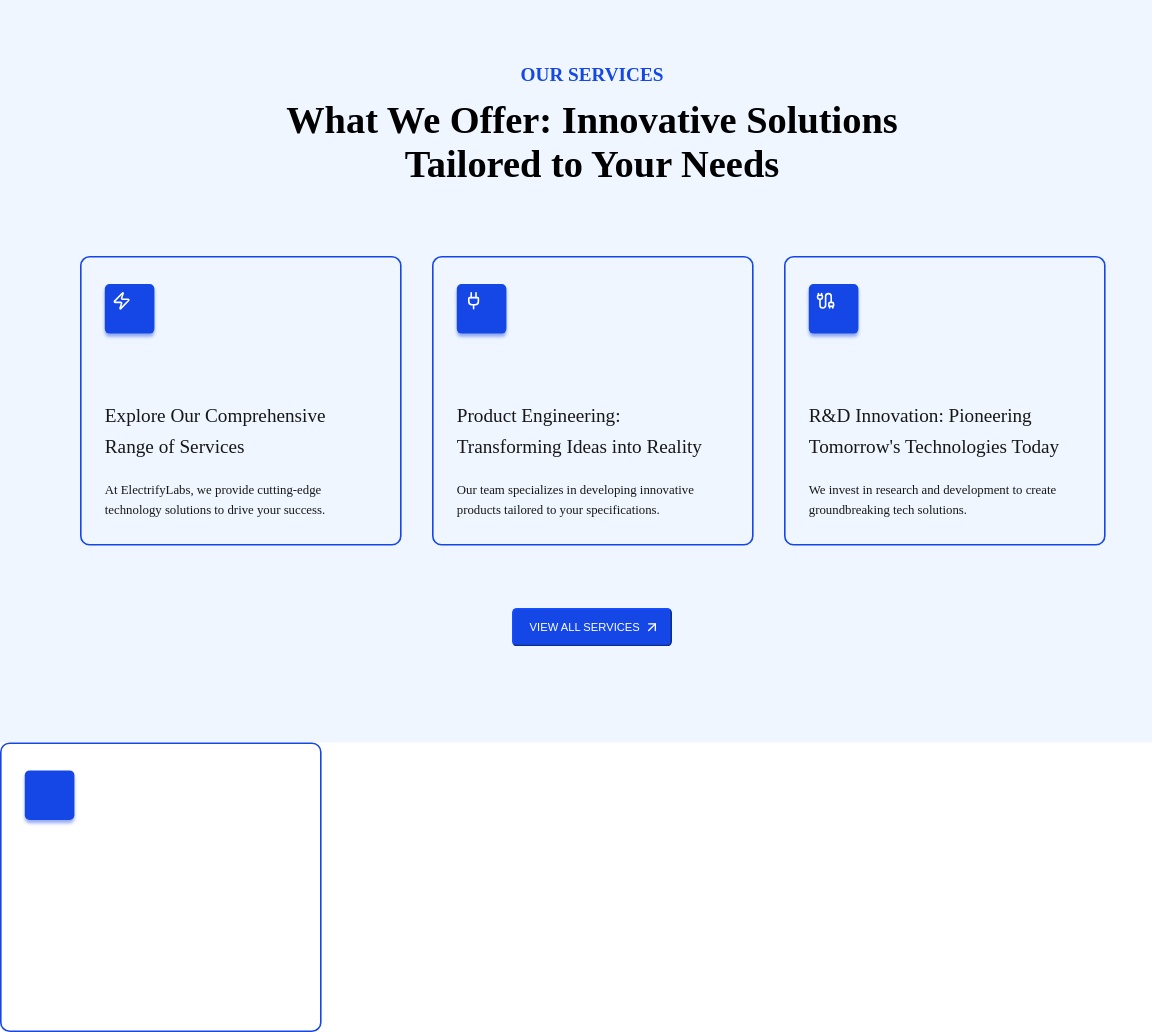
Repository: neelpatel6262/electrifylabs_homepage
Page: /
The author's editor kept a copy of each file at every save. The page is drawn from the files as they stood at one save, then again after the next save.
The browser window is 1280 px wide. The page is 1440 px wide, so the pictures cover 1440 px, including what lies to the right of the window. The pictures show the whole page, at 80% of full size.
The project was rebuilt for these pictures with package versions that can differ from the ones it lists, and the page was loaded fresh each time. Also part of the build but not shown: vite.config.js.

Above is the page before, as saved 2026-02-20 00:10:36.

### index.html
<!doctype html>
<html lang="en">
  <head>
    <meta charset="UTF-8" />
    <link rel="icon" type="image/svg+xml" href="/vite.svg" />
    <meta name="viewport" content="width=device-width, initial-scale=1.0" />
    <title>react-practice</title>
  </head>
  <body>
    <div id="root"></div>
    <script type="module" src="/src/main.jsx"></script>
  </body>
</html>

### src/main.jsx
import { StrictMode } from 'react'
import { createRoot } from 'react-dom/client'
import './index.css'
import ServiceSection from './components/ServiceSection.jsx'
import ServiceCard from './components/ServiceCard.jsx'



createRoot(document.getElementById('root')).render(
  <>
    <ServiceSection />
    <ServiceCard />
  </>
)

### src/index.css
@tailwind base;
@tailwind components;
@tailwind utilities;

:root {
  /* Color Variables */
  --primary-color: #1447e6;
  --primary-hover-color: #0f3bc4;
  --secondary-color: #eff6ff;
  --background-light: #bcdaff;
  --text-primary: #171717;
  --text-secondary: #433c38;
  --text-light: #9ca3af;
  --white: #ffffff;
  --black: #000000;
  --dark-text: #0c0a09;
  --border-color: #1447e6;
  --shadow-color: rgba(20, 71, 230, 0.44);
  --error-color: #ef4444;
  --error-dark: #dc2626;
  --success-color: #10b981;
  --success-dark: #059669;
  --warning-color: #f59e0b;
  --warning-dark: #d97706;
  --ripple-color: rgba(255, 255, 255, 0.3);

  /* Typography Variables */
  --font-family: "Space Grotesk", sans-serif;
  --font-size-xs: 10px;
  --font-size-sm: 12px;
  --font-size-base: 14px;
  --font-size-md: 16px;
  --font-size-lg: 18px;
  --font-size-xl: 24px;
  --font-size-2xl: 32px;
  --font-size-3xl: 36px;
  --font-size-4xl: 48px;
  --font-size-5xl: 86px;

  /* Font Weight Variables */
  --font-weight-normal: 400;
  --font-weight-medium: 500;
  --font-weight-semibold: 600;
  --font-weight-bold: 800;
  --font-weight-black: 900;

  /* Spacing Variables */
  --spacing-xs: 4px;
  --spacing-sm: 8px;
  --spacing-md: 12px;
  --spacing-base: 14px;
  --spacing-lg: 16px;
  --spacing-xl: 20px;
  --spacing-2xl: 22px;
  --spacing-3xl: 28px;
  --spacing-4xl: 42px;
  --spacing-5xl: 44px;
  --spacing-6xl: 46px;
  --spacing-7xl: 62px;
  --spacing-8xl: 78px;
  --spacing-9xl: 80px;
  --spacing-10xl: 100px;

  /* Border Radius Variables */
  --border-radius-sm: 6px;
  --border-radius-md: 12px;
  --border-radius-lg: 38px;
  --border-radius-xl: 44px;
  --border-radius-full: 50%;

  /* Shadow Variables */
  --shadow-sm: 0px 4px 4px 0px var(--shadow-color);
  --shadow-md: 0 8px 32px rgba(0, 0, 0, 0.1);
  --shadow-lg: 0 10px 40px rgba(0, 0, 0, 0.2);
  --shadow-xl: 0 12px 40px rgba(0, 0, 0, 0.15);

  /* Layout Variables */
  --container-width: 1440px;
  --content-width: 1280px;
  --navbar-height: 88px;
  --button-height: 48px;
  --input-height: 76px;

  /* Transition Variables */
  --transition-fast: 0.3s ease-in-out;
  --transition-medium: 0.5s cubic-bezier(0.68, -0.55, 0.265, 1.55);

  /* Line Height Variables */
  --line-height-tight: 100%;
  --line-height-normal: 120%;
  --line-height-relaxed: 140%;
  --line-height-loose: 160%;
}

* {
  margin: 0;
  padding: 0;
  box-sizing: border-box;
}


.service-section {
  width: var(--container-width);
  height: 928px;
  background-color: var(--secondary-color);
  padding: var(--spacing-9xl) var(--spacing-10xl) var(--spacing-9xl) var(--spacing-10xl);
}

.service-container {
  width: var(--content-width);
  height: 728px;
}

.service-intro-section {
  width: 765px;
  height: 162px;
  margin-left: 257.5px;
  margin-right: 257.5px;
  text-align: center;
}

.service-body-heading {
  height: var(--spacing-xl);
  width: 765px;
  font-size: var(--font-size-xl);
  text-transform: uppercase;
  color: var(--primary-color);
  font-weight: var(--font-weight-semibold);
  margin-bottom: var(--spacing-2xl);
}

.service-heading {
  width: 765px;
  height: 116px;
  text-align: center;
  font-weight: var(--font-weight-semibold);
  font-size: var(--font-size-4xl);
}

.services-cards-section {
  margin-top: var(--spacing-8xl);
  margin-bottom: var(--spacing-8xl);
  display: flex;
  width: var(--content-width);
  height: 362px;
  gap: 38px;
}

.service-card-one {
  width: 402px;
  height: 362px;
  border: 2px solid var(--primary-color);
  border-radius: var(--border-radius-md);
  padding: 33px 29px 33px 29px;
}

.service-icon {
  width: var(--spacing-7xl);
  height: var(--spacing-7xl);
  background-color: var(--primary-color);
  border-radius: var(--border-radius-sm);
  margin-bottom: 84px;
  padding: 9px;
  box-shadow: var(--shadow-sm);
}

.service-icon svg {
  width: var(--spacing-5xl);
  height: var(--spacing-5xl);
  color: var(--white);
}

.service-card-heading {
  font-size: var(--font-size-xl);
  line-height: var(--line-height-loose);
  width: 318px;
  height: 76px;
  font-weight: var(--font-weight-semibold);
  margin-bottom: var(--spacing-2xl);
}

.service-card-subheading {
  width: 344px;
  height: 52px;
  font-size: var(--font-size-md);
  line-height: var(--line-height-loose);
}

.service-card-two {
  width: 402px;
  height: 362px;
  border: 2px solid var(--primary-color);
  border-radius: var(--border-radius-md);
  padding: 33px 21px 33px 21px;
}

.service-card-two-heading {
  font-size: var(--font-size-xl);
  line-height: var(--line-height-loose);
  width: 361px;
  height: 76px;
  font-weight: var(--font-weight-semibold);
  margin-bottom: var(--spacing-2xl);
}

.service-card-two-subheading {
  width: 360px;
  height: var(--button-height);
  font-size: var(--font-size-md);
  line-height: var(--line-height-loose);
}

.service-card-three {
  width: 402px;
  height: 362px;
  border: 2px solid var(--primary-color);
  border-radius: var(--border-radius-md);
  padding: 33px 17px 33px 17px;
}

.service-card-three-heading {
  width: 386px;
  height: 76px;
  font-weight: var(--font-weight-semibold);
  margin-bottom: var(--spacing-2xl);
  font-size: var(--font-size-xl);
  line-height: var(--line-height-loose);
}

.service-card-three-subheading {
  font-size: var(--font-size-md);
  line-height: var(--line-height-loose);
  width: 353px;
  height: var(--button-height);
}

.service-btn {
  border-radius: var(--border-radius-sm);
  background-color: var(--primary-color);
  border-color: var(--primary-color);
  color: var(--white);
  font-size: var(--font-size-base);
  text-transform: uppercase;
  padding: 10px var(--spacing-xl) 10px var(--spacing-xl);
  width: 200px;
  height: var(--button-height);
  gap: var(--spacing-md);
  margin-left: 540px;
  letter-spacing: 1%;
  margin-right: 540px;
}

.service-btn:hover {
  box-shadow: var(--shadow-sm);
  transition: box-shadow var(--transition-fast);
}

.service-btn svg {
  width: var(--spacing-2xl);
  margin-left: var(--spacing-xs);
  align-items: center;
}

.service-btn-container {
  width: 168px;
  height: var(--spacing-xl);
  display: flex;
  align-items: center;
}

### src/components/ServiceSection.jsx
import { Zap, Plug, Cable, ArrowUpRight } from 'lucide-react';
import ServiceCard from './ServiceCard';

const cards = [
  {
    id: 1,
    icon: <Zap size={24} color="white" />,
    heading: "Explore Our Comprehensive Range of Services",
    subheading: "At ElectrifyLabs, we provide cutting-edge technology solutions to drive your success.",
    cardClass: "service-card-one",
    headingClass: "service-card-heading",
    subheadingClass: "service-card-subheading",
  },
  {
    id: 2,
    icon: <Plug size={24} color="white" />,
    heading: "Product Engineering: Transforming Ideas into Reality",
    subheading: "Our team specializes in developing innovative products tailored to your specifications.",
    cardClass: "service-card-two",
    headingClass: "service-card-two-heading",
    subheadingClass: "service-card-two-subheading",
  },
  {
    id: 3,
    icon: <Cable size={24} color="white" />,
    heading: "R&D Innovation: Pioneering Tomorrow's Technologies Today",
    subheading: "We invest in research and development to create groundbreaking tech solutions.",
    cardClass: "service-card-three",
    headingClass: "service-card-three-heading",
    subheadingClass: "service-card-three-subheading",
  },
];

function ServiceSection() {
  return (
    <div className="service-section">
      <div className="service-container">

        {/* Intro */}
        <div className="service-intro-section">
          <div className="service-body-heading">our services</div>
          <div className="service-heading">
            What We Offer: Innovative Solutions Tailored to Your Needs
          </div>
        </div>

        {/* Cards */}
        <div className="services-cards-section">
          {cards.map((card) => (
            <ServiceCard
              key={card.id}
              icon={card.icon}
              heading={card.heading}
              subheading={card.subheading}
              cardClass={card.cardClass}
              headingClass={card.headingClass}
              subheadingClass={card.subheadingClass}
            />
          ))}
        </div>

        {/* Button */}
        <button className="service-btn">
          <div className="service-btn-container">
            view all services
            <ArrowUpRight size={20} />
          </div>
        </button>

      </div>
    </div>
  );
}

export default ServiceSection;

### src/components/ServiceCard.jsx
function ServiceCard({ icon, heading, subheading, cardType = 1 }) {

  // Define card styles based on type
  const cardStyles = {
    1: "w-[402px] h-[362px] border-[2px] border-[#1447e6] rounded-[12px] p-[33px_29px_33px_29px]",
    2: "w-[402px] h-[362px] border-[2px] border-[#1447e6] rounded-[12px] p-[33px_21px_33px_21px]",
    3: "w-[402px] h-[362px] border-[2px] border-[#1447e6] rounded-[12px] p-[33px_17px_33px_17px]"
  };

  const headingWidth = cardType === 2 ? "w-[361px]" : cardType === 3 ? "w-[386px]" : "w-[318px]";
  const subheadingWidth = cardType === 2 ? "w-[360px]" : cardType === 3 ? "w-[353px]" : "w-[344px]";
  const subheadingHeight = cardType === 2 ? "h-[48px]" : "h-[52px]";

  return (
    <div className={cardStyles[cardType] || cardStyles[1]}>
      <div className="w-[62px] h-[62px] bg-[#1447e6] rounded-[6px] mb-[84px] p-[9px] shadow-[0px_4px_4px_0px_rgba(20,71,230,0.44)]">
        {icon}
      </div>
      <div className={`text-[24px] leading-[160%] ${headingWidth} h-[76px] font-semibold mb-[22px] text-[#171717]`}>
        {heading}
      </div>
      <div className={`text-[16px] leading-[160%] text-[#171717] ${subheadingWidth} ${subheadingHeight}`}>
        {subheading}
      </div>
    </div>
  );


}

export default ServiceCard;

After the next save:
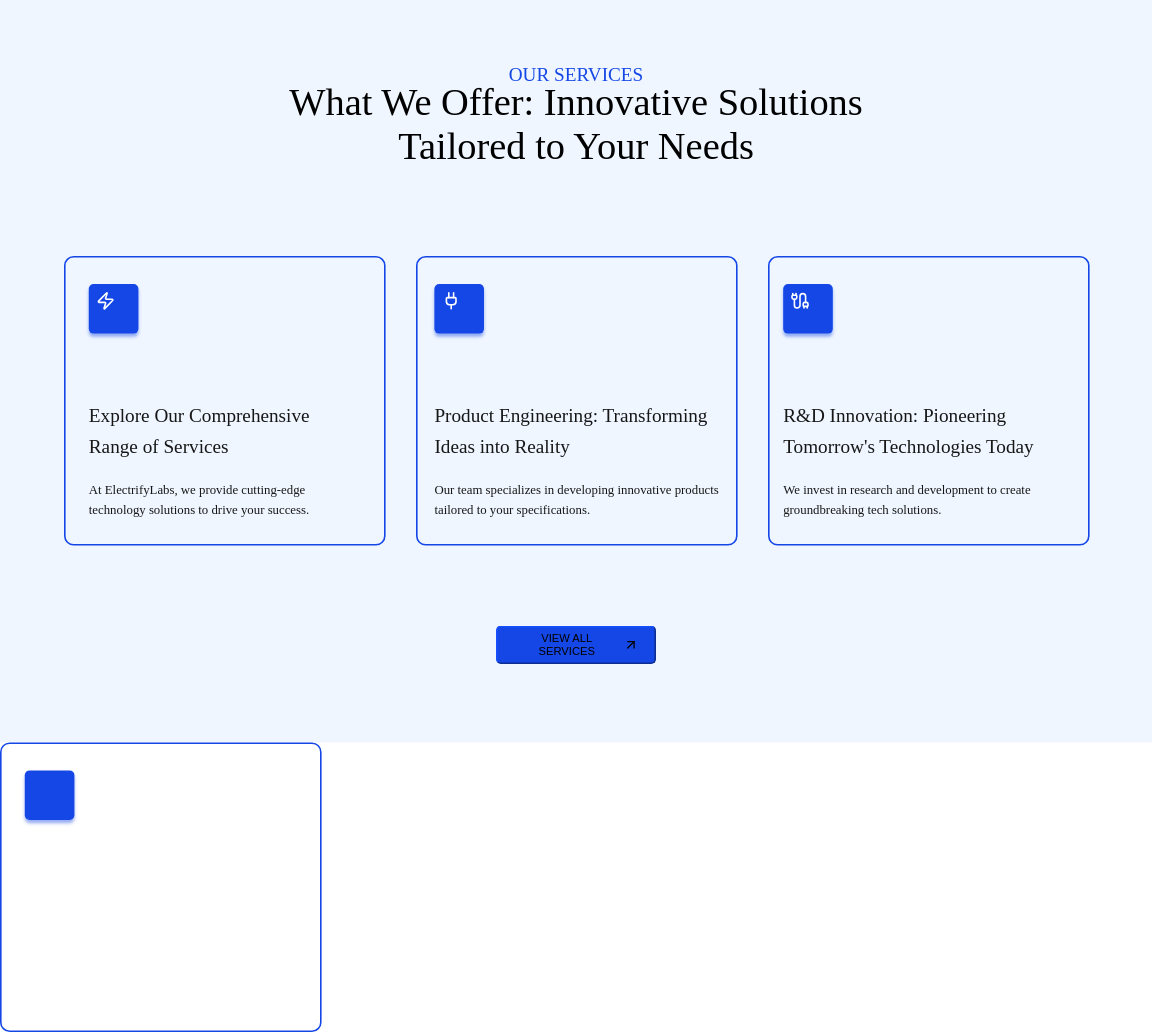
Saved 18 s later.
--- a/src/components/ServiceSection.jsx
+++ b/src/components/ServiceSection.jsx
@@ -1,5 +1,5 @@
 import { Zap, Plug, Cable, ArrowUpRight } from 'lucide-react';
-import ServiceCard from './ServiceCard';
+import ServiceCard from './ServiceCard'
 
 const cards = [
   {
@@ -7,63 +7,57 @@
     icon: <Zap size={24} color="white" />,
     heading: "Explore Our Comprehensive Range of Services",
     subheading: "At ElectrifyLabs, we provide cutting-edge technology solutions to drive your success.",
-    cardClass: "service-card-one",
-    headingClass: "service-card-heading",
-    subheadingClass: "service-card-subheading",
+    cardType: 1,
   },
   {
     id: 2,
     icon: <Plug size={24} color="white" />,
     heading: "Product Engineering: Transforming Ideas into Reality",
     subheading: "Our team specializes in developing innovative products tailored to your specifications.",
-    cardClass: "service-card-two",
-    headingClass: "service-card-two-heading",
-    subheadingClass: "service-card-two-subheading",
+    cardType: 2,
   },
   {
     id: 3,
     icon: <Cable size={24} color="white" />,
     heading: "R&D Innovation: Pioneering Tomorrow's Technologies Today",
     subheading: "We invest in research and development to create groundbreaking tech solutions.",
-    cardClass: "service-card-three",
-    headingClass: "service-card-three-heading",
-    subheadingClass: "service-card-three-subheading",
+    cardType: 3,
   },
 ];
 
 function ServiceSection() {
   return (
-    <div className="service-section">
-      <div className="service-container">
+    <div className="w-[1440px] h-[928px] bg-[#eff6ff] p-[80px] mx-auto">
+      <div className="w-[1280px] h-[728px] mx-auto">
 
         {/* Intro */}
-        <div className="service-intro-section">
-          <div className="service-body-heading">our services</div>
-          <div className="service-heading">
+        <div className="w-[765px] h-[162px] mx-auto text-center mb-20">
+          <div className="h-[20px] w-[765px] text-[24px] uppercase text-[#1447e6] font-semibold mb-8">
+            our services
+          </div>
+          <div className="w-[765px] h-[116px] text-center font-semibold text-[48px]">
             What We Offer: Innovative Solutions Tailored to Your Needs
           </div>
         </div>
 
         {/* Cards */}
-        <div className="services-cards-section">
+        <div className="mt-[78px] mb-[78px] flex w-[1280px] h-[362px] gap-[38px]">
           {cards.map((card) => (
             <ServiceCard
               key={card.id}
               icon={card.icon}
               heading={card.heading}
               subheading={card.subheading}
-              cardClass={card.cardClass}
-              headingClass={card.headingClass}
-              subheadingClass={card.subheadingClass}
+              cardType={card.cardType}
             />
           ))}
         </div>
 
         {/* Button */}
-        <button className="service-btn">
-          <div className="service-btn-container">
+        <button className="rounded-[6px] bg-[#1447e6] border-[#1447e6] text-white text-[14px] uppercase p-[10px_20px_10px_20px] w-[200px] h-[48px] gap-[12px] mx-auto mt-[100px] tracking-[1%] flex items-center justify-center hover:shadow-[0px_4px_4px_0px_rgba(20,71,230,0.44)] transition-shadow duration-300">
+          <div className="flex items-center">
             view all services
-            <ArrowUpRight size={20} />
+            <ArrowUpRight size={20} className="ml-[4px]" />
           </div>
         </button>
 

After the save that followed:
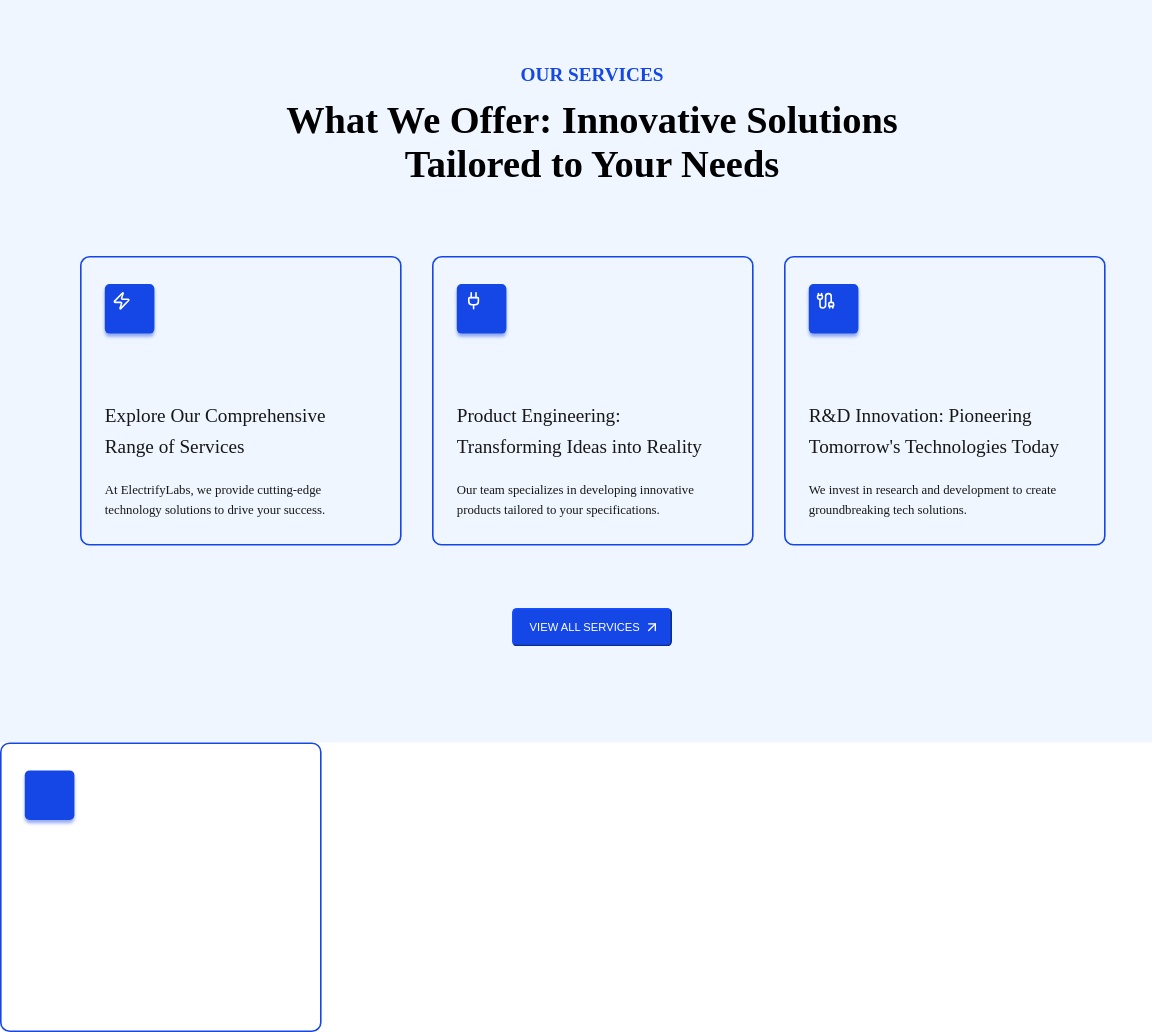
Saved 92 s later.
--- a/src/components/ServiceSection.jsx
+++ b/src/components/ServiceSection.jsx
@@ -1,5 +1,5 @@
 import { Zap, Plug, Cable, ArrowUpRight } from 'lucide-react';
-import ServiceCard from './ServiceCard'
+import ServiceCard from './ServiceCard';
 
 const cards = [
   {
@@ -7,57 +7,63 @@
     icon: <Zap size={24} color="white" />,
     heading: "Explore Our Comprehensive Range of Services",
     subheading: "At ElectrifyLabs, we provide cutting-edge technology solutions to drive your success.",
-    cardType: 1,
+    cardClass: "service-card-one",
+    headingClass: "service-card-heading",
+    subheadingClass: "service-card-subheading",
   },
   {
     id: 2,
     icon: <Plug size={24} color="white" />,
     heading: "Product Engineering: Transforming Ideas into Reality",
     subheading: "Our team specializes in developing innovative products tailored to your specifications.",
-    cardType: 2,
+    cardClass: "service-card-two",
+    headingClass: "service-card-two-heading",
+    subheadingClass: "service-card-two-subheading",
   },
   {
     id: 3,
     icon: <Cable size={24} color="white" />,
     heading: "R&D Innovation: Pioneering Tomorrow's Technologies Today",
     subheading: "We invest in research and development to create groundbreaking tech solutions.",
-    cardType: 3,
+    cardClass: "service-card-three",
+    headingClass: "service-card-three-heading",
+    subheadingClass: "service-card-three-subheading",
   },
 ];
 
 function ServiceSection() {
   return (
-    <div className="w-[1440px] h-[928px] bg-[#eff6ff] p-[80px] mx-auto">
-      <div className="w-[1280px] h-[728px] mx-auto">
+    <div className="service-section">
+      <div className="service-container">
 
         {/* Intro */}
-        <div className="w-[765px] h-[162px] mx-auto text-center mb-20">
-          <div className="h-[20px] w-[765px] text-[24px] uppercase text-[#1447e6] font-semibold mb-8">
-            our services
-          </div>
-          <div className="w-[765px] h-[116px] text-center font-semibold text-[48px]">
+        <div className="service-intro-section">
+          <div className="service-body-heading">our services</div>
+          <div className="service-heading">
             What We Offer: Innovative Solutions Tailored to Your Needs
           </div>
         </div>
 
         {/* Cards */}
-        <div className="mt-[78px] mb-[78px] flex w-[1280px] h-[362px] gap-[38px]">
+        <div className="services-cards-section">
           {cards.map((card) => (
             <ServiceCard
               key={card.id}
               icon={card.icon}
               heading={card.heading}
               subheading={card.subheading}
-              cardType={card.cardType}
+              cardClass={card.cardClass}
+              headingClass={card.headingClass}
+              subheadingClass={card.subheadingClass}
             />
           ))}
         </div>
 
         {/* Button */}
-        <button className="rounded-[6px] bg-[#1447e6] border-[#1447e6] text-white text-[14px] uppercase p-[10px_20px_10px_20px] w-[200px] h-[48px] gap-[12px] mx-auto mt-[100px] tracking-[1%] flex items-center justify-center hover:shadow-[0px_4px_4px_0px_rgba(20,71,230,0.44)] transition-shadow duration-300">
-          <div className="flex items-center">
+        <button className="service-btn">
+          <div className="service-btn-container">
             view all services
-            <ArrowUpRight size={20} className="ml-[4px]" />
+            <ArrowUpRight size={20} />
           </div>
         </button>
 
